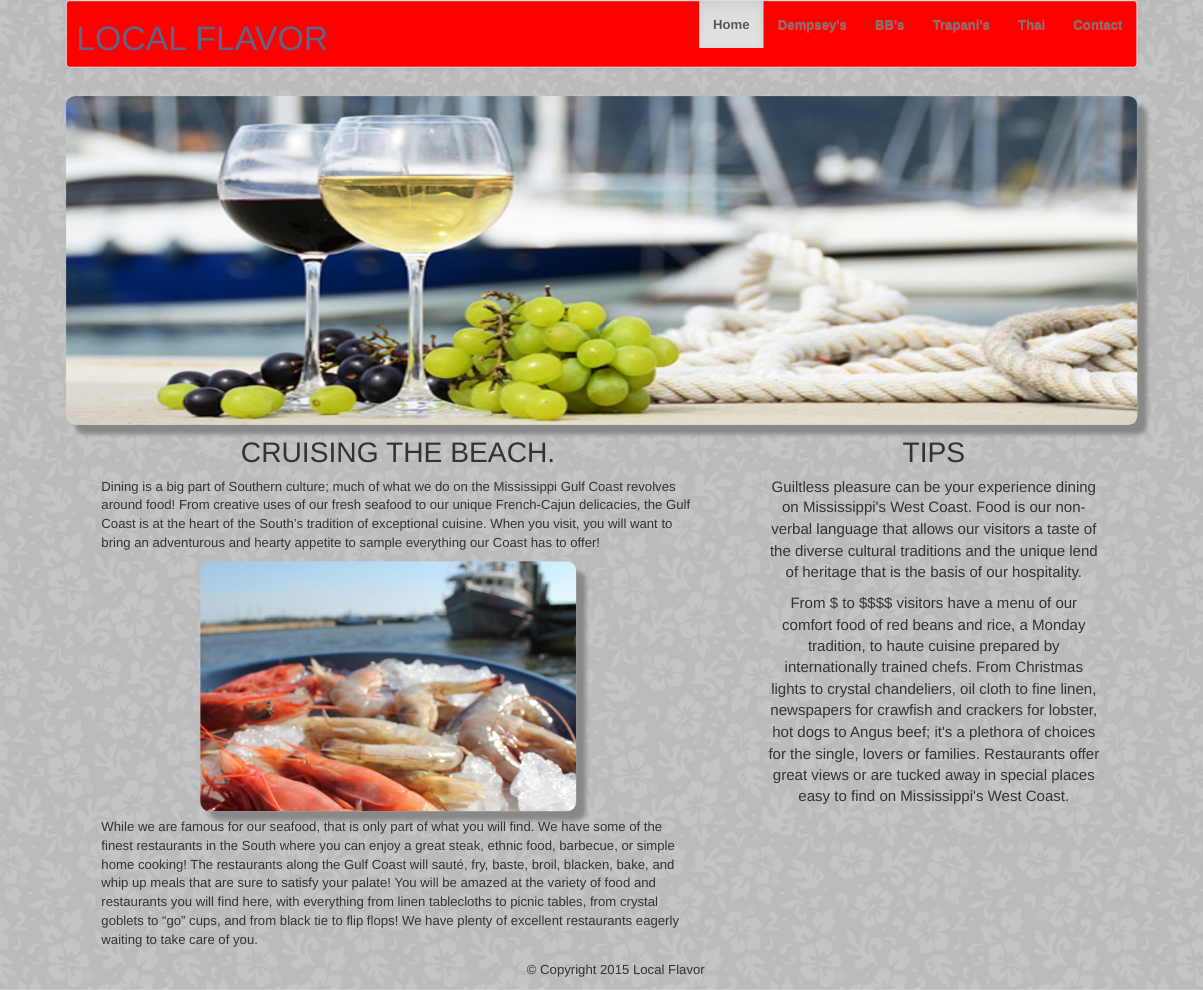
Repository: GeauxNinja/RestaurantSite
Page: Local Flavor/index.html
The author's editor kept a record of every edit. The page is drawn from the files as they stood at one moment, then again after the next edit.
The browser window is 1280 px wide. The pictures show the whole page, at 94% of full size.
Some web libraries are served in a nearby version.

Above is the page before.

### Local Flavor/index.html
<!doctype html>
<html>
<head>
<meta charset="utf-8">
<title>Local Flavor</title>
<link href="styles/main.css" rel="stylesheet" type="text/css">
<!-- Latest compiled and minified CSS -->
<link rel="stylesheet" href="https://maxcdn.bootstrapcdn.com/bootstrap/3.3.2/css/bootstrap.min.css">
<!-- Optional theme -->
<link rel="stylesheet" href="https://maxcdn.bootstrapcdn.com/bootstrap/3.3.2/css/bootstrap-theme.min.css">
<script src="http://use.edgefonts.net/source-sans-pro:n6:default.js" type="text/javascript"></script>
<style type="text/css">body{background-image:url('images/bak1.png');}</style>
</head>

<body>
<div id="page">
<header class="container">
      <div id="menu" class="navbar navbar-default" style="background: red">
		<div class="navbar-header">
			<button class="btn btn-default navbar-toggle"
				data-toggle="collapse"
				data-target=".navbar-collapse"><span class="glyphicon glyphicon-collapse-down"></span></button>
			<div id="logo">
			<a href="index.html"><h1>Local Flavor</h1></a>
		</div>
		</div>
		<div class="navbar-collapse collapse">
			<ul class="nav navbar-nav navbar-right">
			  <li class="nav active"><a href="index.html">Home</a></li>
			  <li class="nav"><a href="dempseys.html">Dempsey's</a></li>
			  <li class="nav"><a href="BBs.html">BB's</a></li>
			  <li class="nav"><a href="trapanis.html">Trapani's</a></li>
			  <li class="nav"><a href="thai.html">Thai</a></li>
			  <li class="nav"><a href="contact.html">Contact</a></li>
			</ul>
		</div>
      </div>
    </header>
    <section id="body" class="container">
	<div id="hero">
  <img src="images/indexheader.png" width="1500" height="350" alt=""/></div>
      <section id="main" class="col-md-8 col-sm-9">
    <h2>Cruising the Beach.</h2>
    <p>Dining is a big part of Southern culture; much of what we do on the Mississippi Gulf Coast revolves around food! From creative uses of our fresh seafood to our unique French-Cajun delicacies, the Gulf Coast is at the heart of the South’s tradition of exceptional cuisine. When you visit, you will want to bring an adventurous and hearty appetite to sample everything our Coast has to offer!</p>
    <p></p>
    <figure class="centered"><img src="images/gulfseafood1.jpg" width="400" height="266" alt=""/>
      <figcaption></figcaption>
    </figure>
    <p>While we are famous for our seafood, that is only part of what you will find. We have some of the finest restaurants in the South where you can enjoy a great steak, ethnic food, barbecue, or simple home cooking! The restaurants along the Gulf Coast will sauté, fry, baste, broil, blacken, bake, and whip up meals that are sure to satisfy your palate! You will be amazed at the variety of food and restaurants you will find here, with everything from linen tablecloths to picnic tables, from crystal goblets to “go” cups, and from black tie to flip flops! We have plenty of excellent restaurants eagerly waiting to take care of you.</p>
  </section>
  <section id="sidebar" class="col-md-4 col-sm-3">
    <h2>Tips</h2>
    <p>Guiltless pleasure can be your experience dining on Mississippi's West Coast. Food is our non-verbal language that allows our visitors a taste of the diverse cultural traditions and the unique lend of heritage that is the basis of our hospitality.</p>
    <p>From $ to $$$$ visitors have a menu of our comfort food of red beans and rice, a Monday tradition, to haute cuisine prepared by internationally trained chefs. From Christmas lights to crystal chandeliers, oil cloth to fine linen, newspapers for crawfish and crackers for lobster, hot dogs to Angus beef; it's a plethora of choices for the single, lovers or families. Restaurants offer great views or are tucked away in special places easy to find on Mississippi's West Coast.</p>
  </section>
  <footer class="container">
    <p>© Copyright 2015 Local Flavor  </p>
  </footer>
</div>
<!-- jQuery (necessary for Bootstrap's JavaScript plugins) -->
<script src="https://ajax.googleapis.com/ajax/libs/jquery/1.11.1/jquery.min.js"></script>
<!-- Latest compiled and minified JavaScript -->
<script src="https://maxcdn.bootstrapcdn.com/bootstrap/3.3.2/js/bootstrap.min.js"></script>
</body>
</html>

### Local Flavor/styles/main.css
@charset "utf-8";

body {
	margin: 9px;
	color: #151515;
	font-family: Helvetica, Arial, sans-serif;
	background-color: #EFF5F8;
	font-size: medium;
}

#wrapper {
	width: 100%;
	min-width: 740px;
	max-width: 1000px;
	margin-left: auto;
	margin-right: auto;
	background-color: #FFFFFF;
	right: 0px;
	position: static;
	border-radius: 8px;
}

#top {
 overflow: hidden;
}

#hero img {
	max-width: 100%;
	border-color: #FFFCFC;
	border-radius: 10px;
	background-position: 0% 0%;
	box-shadow: 10px 10px 5px #888888;
	margin:10px 10px 0px 0px;
	right: 0px;
}
h1, h2 {
	color: #3399CC;
	font-family: Tahoma;
	font-style: normal;
	font-weight: 600;
	font-size: 72px;
	margin-top: 0px;
	margin-bottom: 0px;
	text-align: center;
	text-transform: uppercase;
	top: 25px;
	padding-left: 10px;
	padding-right: 10px;
	right: 33px;
}
#main {
	width: 58%;
	margin-left: 2%;
	float: left;
}
#sidebar {
	width: 34%;
	margin-left: 4%;
	float: left;
	text-align: center;
	border-radius: 4px;
	font-size: medium;
}

form {
    width: 300px;
    margin: 0 auto;
}


figure {
	display: block;
	width: 420px;
}

figure img {
	border-radius: 10px;
	box-shadow: 10px 10px 5px #888888;
}

figcaption {
	font-size: 0.875em;
	font-weight: bold;
	text-align: center;
	display: block;
	margin-top: 0.5em;
	margin-right: auto;
	margin-left: auto;
}

.centered {
	margin-left: auto;
	margin-right: auto;
}

.floatleft {
	float: left;
	margin-left: 0px;
	margin-right: 10px;
}

.floatright {
	float: right;
	margin-left: 10px;
	margin-right: 0px;
}

footer {
	padding-top: 2px;
	padding-bottom: 2px;
	padding-left: 2%;
	/*background-color: #43a6cb;
	color: #FFFFFF;*/
	clear: left;
	text-align: center;
}

a {
	font-weight: bold;
	text-decoration: none;
}

a:link {
	color: #636387;
}

a:visited {
	color: #FF944C;
}

a:hover, a:active, a:focus {
	color: #7F3300;
	text-decoration: underline;
}
#mainnav ul {
	box-shadow:10px 10px 10px 5px #888888;
	list-style-type: none;
	margin:0px 0px 0px 0px;
	padding:0px 0px 0px 0px;
}
#menu {
    background-color: #F8F8F8;
    border-color: #E7E7E7;
}
#mainnav a {
	width: 16.66%;
	display: block;
	text-align: center;
	text-transform: uppercase;
	background-color: #4d4d4d;
	float: left;
	color: #FFFCFC;
	padding-top: 6px;
	padding-bottom: 6px;
}
#mainnav a:hover, #mainnav a:active, #mainnav a:focus, #mainnav thispage {

	text-decoration: none;
	background-color: #F8F8F8;
    border-color: #E7E7E7;
}
#hero article {
	width: 36%;
	padding-left: 10px;
	padding-right: 10px;
	position: absolute;
	top: 25px;
	right: 33px;
	background-color: #EA724F;
	border-radius: 26px;
	color: #FFFCFC;
}
#hero {
	position: relative;
	border-radius: 30px;
}
#hero {
	color: #FFFCFC;
	text-transform: uppercase;
	margin-bottom: -8px;
}

After the next edit:
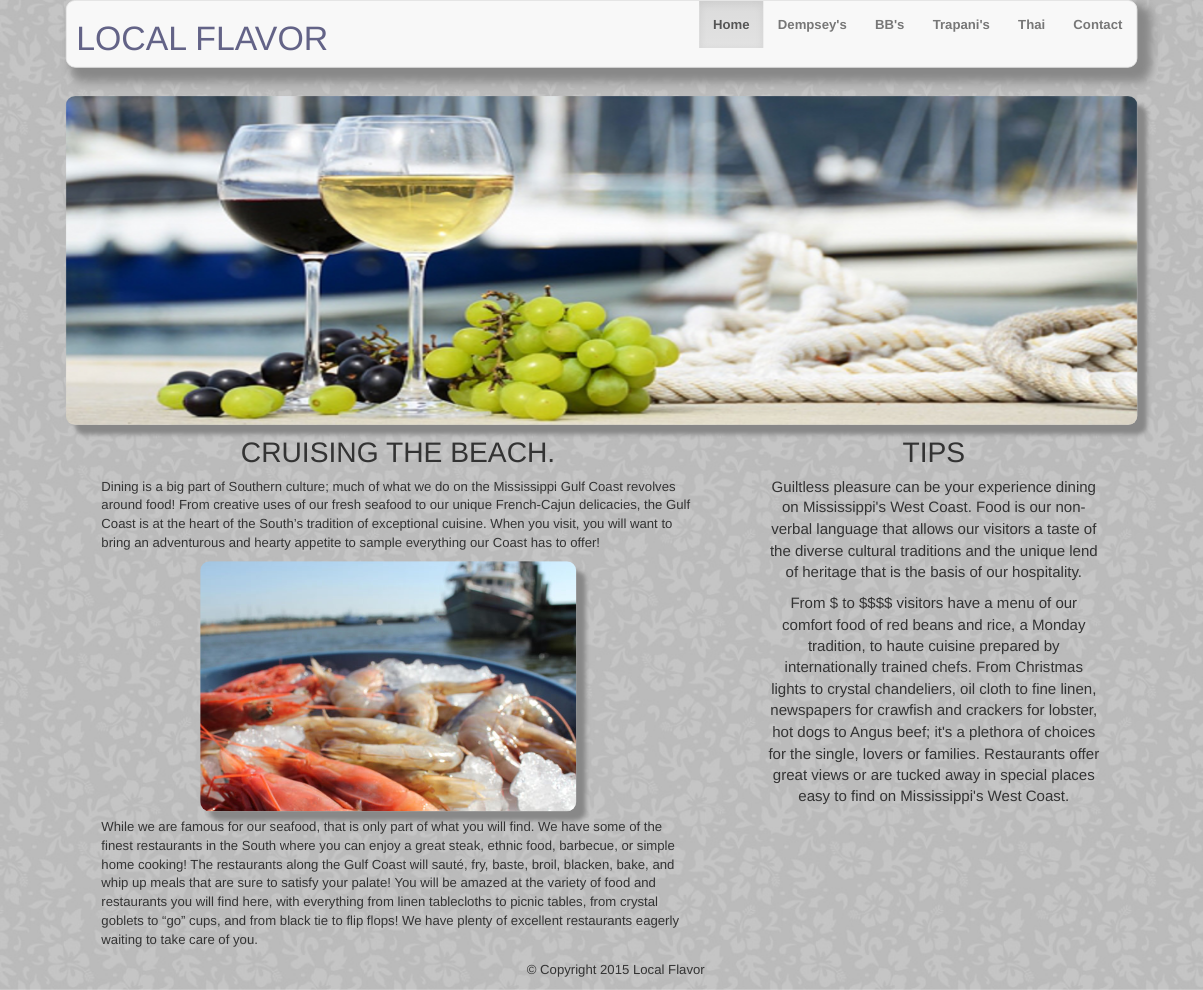
The edit:
--- a/Local Flavor/index.html
+++ b/Local Flavor/index.html
@@ -15,7 +15,7 @@
 <body>
 <div id="page">
 <header class="container">
-      <div id="menu" class="navbar navbar-default" style="background: red">
+      <div id="menu" class="navbar navbar-default" style="background: #f8f8f8; box-shadow: 10px 10px 10px 5px #888888; border-radius:10px;">
 		<div class="navbar-header">
 			<button class="btn btn-default navbar-toggle"
 				data-toggle="collapse"
